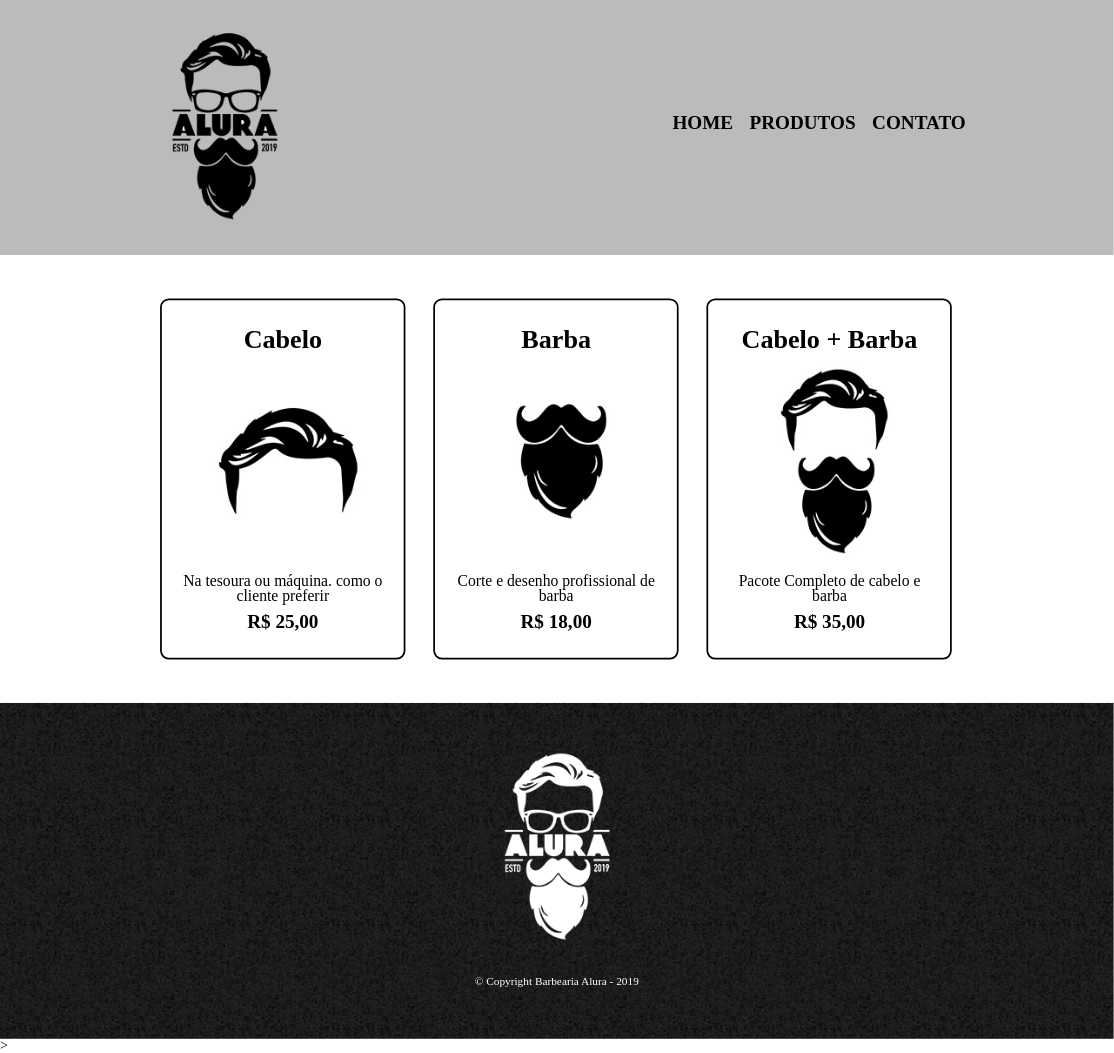
Repository: AnaBerlanda/AulaAlura
Page: produtos.html
These files come from the project's save history. The page is drawn as it stood at one moment and after the next save; the edit follows.
The browser window is 1280 px wide. The pictures show the whole page, at 87% of full size.

Above is the page before, as saved 2022-04-18 16:03:54.

### produtos.html
<!DOCTYPE html>
<html lang="pt-br">

<head>
    <meta charset="utf-8" />
    <title>Produtos - Barbearia Alura</title>
    <link type="text/css" rel="stylesheet" href="reset/reset.css">
    <link type="text/css" rel="stylesheet" href="produtos.css">

</head>
<body>
    <header>
        <div class="caixa">
            <h1><img src="imagem/logo.png"></h1>
            <nav>
                <ul>
                    <li><a href="index.html">Home</a></li>
                    <li><a href="produtos.html">Produtos</a></li>
                    <li><a href="contato.html">Contato</a></li>
                </ul>
            </nav>
        </div>
    </header>

    <main>
        <ul class="produtos">
            <li>
                <h2>Cabelo</h2>
                <img src="imagem/cabelo.jpg">
                <p class="produto-desc">Na tesoura ou máquina. como o cliente preferir</p>
                <p class="produto-preco">R$ 25,00</p>
            </li>
            <li><h2>Barba</h2>
                <img src="imagem/barba.jpg">
                <p class="produto-desc">Corte e desenho profissional de barba</p>
                <p class="produto-preco">R$ 18,00</p>
            </li>
            <li><h2>Cabelo + Barba</h2>
                <img src="imagem/cabelo+barba.jpg">
                <p class="produto-desc">Pacote Completo de cabelo e barba</p>
                <p class="produto-preco">R$ 35,00</p>
            </li>
        </ul>
    </main>
    <footer>
        <img src="imagem/logo-branco.png">
        <p class="copy">&copy; Copyright Barbearia Alura - 2019</p>





    </footer>
>









    </header>

### produtos.css
header{
    background:#BBBBBB;
    padding: 20px 0;
}
.caixa{
    position: relative;
    width: 940px;
    margin: 0 auto;
}
nav{
    position:absolute;
    top: 110px;
    right: 0;
}
nav li{
    display: inline;
    margin: 0 0 0 15px;
}
nav a{
    text-transform: uppercase;
    color: #000000;
    font-weight: bold;
    font-size: 22px;
    text-decoration: none;
}
nav a:hover{
    color: #c78c19;
    text-decoration: underline;
}
.produtos{
    width: 940px ;
    margin: 0 auto ;
    padding: 50px 0 ;
}
.produtos li{
    display: inline-block;
    text-align: center;
    width: 30%;
    vertical-align: top;
    margin: 0 1.5%;
    padding: 30px 20px;
    box-sizing: border-box;
    border: 2px solid black;
    border-radius: 10px;
}
.produtos h2{
    font-size: 30px;
    font-weight: bold;
}
.produto-preco{
    font-size: 22px;
    font-weight: bold;
    margin-top: 10px;
}
.produto-desc{
    font-size: 18px;
}
.produtos li:hover{
    border-color: #c78c19;
}
.produtos li:active{
    border-color: green;
}
.produtos li:hover h2{
    font-size: 34px;
}
footer{
    text-align: center;
    background: url("bg.jpg");
    padding: 40px 0;
}
.copy{
    color: white;
    font-size: 13px;
    margin: 20px; 0 0;
}

Loaded but not shown: reset/reset.css (common file)

After the next save:
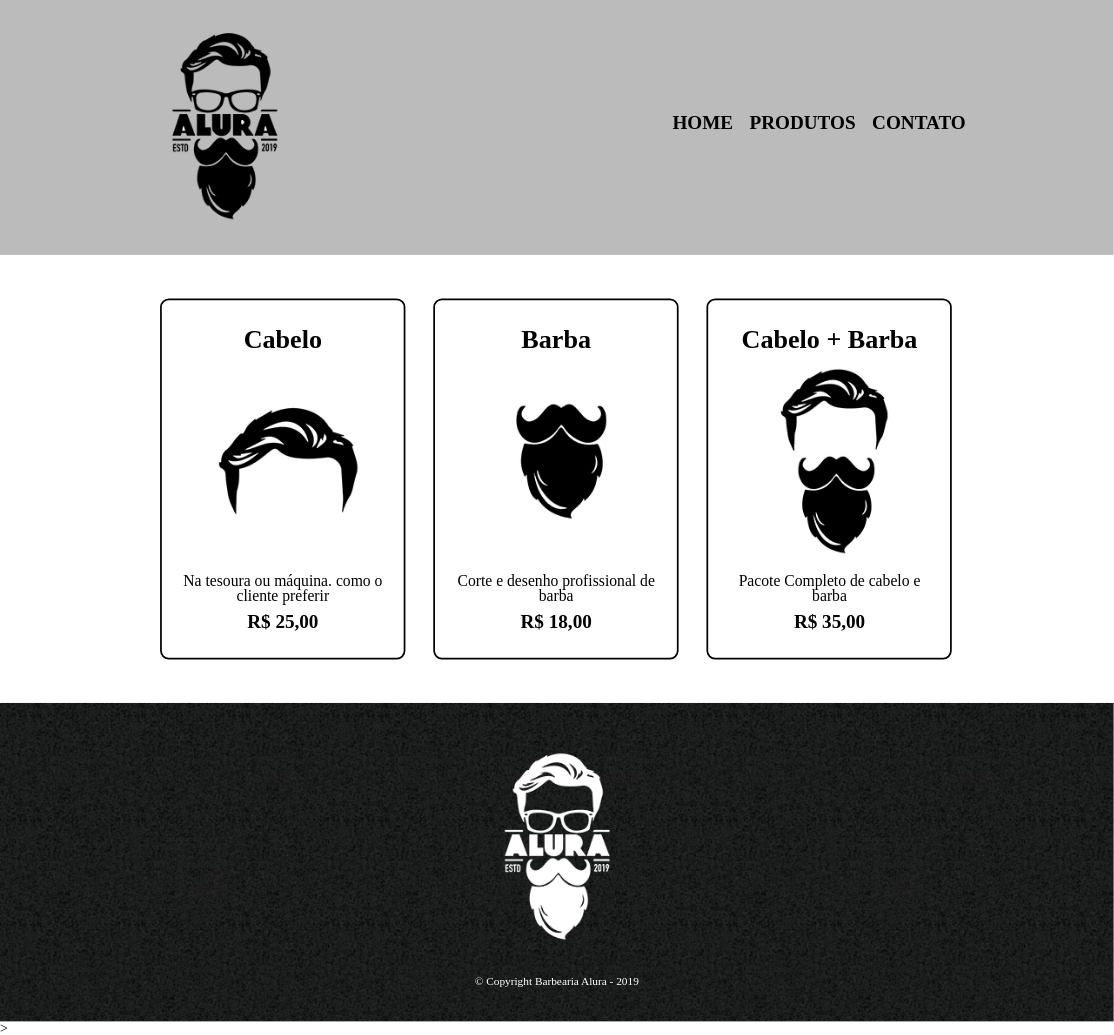
Saved 2 min 18 s later.
--- a/produtos.css
+++ b/produtos.css
@@ -72,5 +72,5 @@ footer{
 .copy{
     color: white;
     font-size: 13px;
-    margin: 20px; 0 0;
+    margin: 20px 0 0;
 }
